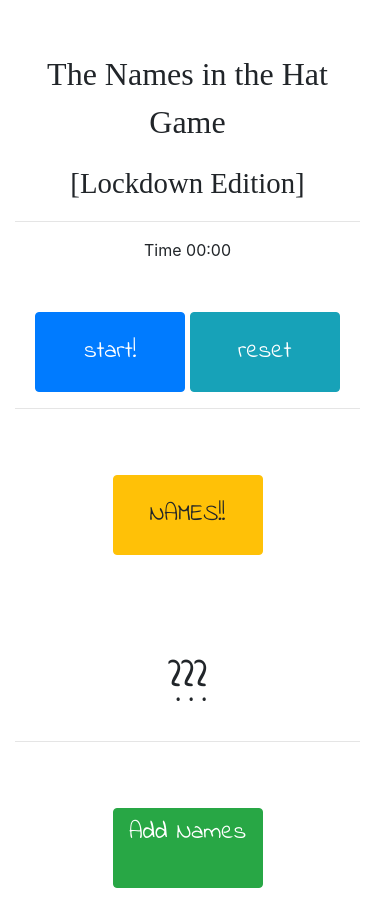
Repository: TaylorD1982/randomizer
Page: index.html
The author's editor kept a record of every edit. The page is drawn from the files as they stood at one moment, then again after the next edit.
The browser window is 375 px wide. The pictures show the whole page.
Some web fonts or font styles are not loaded; a fallback is used. Some web libraries are served in a nearby version.

Above is the page before.
Console error: TypeError: Cannot read properties of null (reading 'addEventListener')

After the next edit:
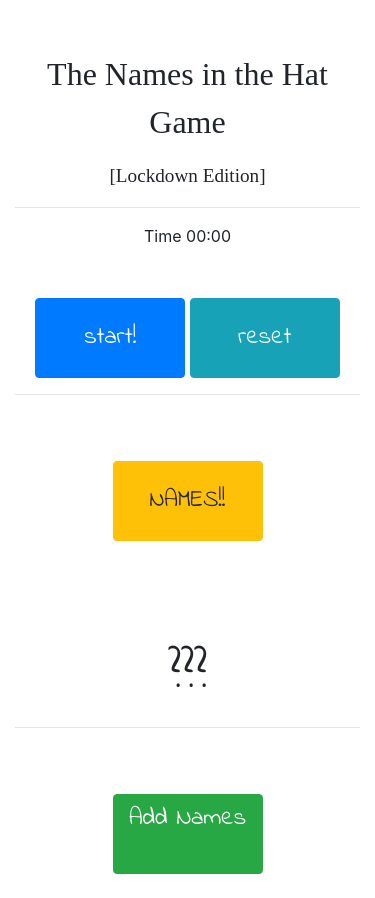
The edit:
--- a/style.css
+++ b/style.css
@@ -40,5 +40,20 @@
 @media only screen and (max-width: 600px) {
 .lock {
     font-family: 'Frijole', cursive;
-    font-size: 1.8em;
+    font-size: 1.2em;
 }}
+
+.post-review {
+    font-size: 0.75em;
+    position: absolute;
+    top: 20px;
+    right: 50px;
+}
+
+@media only screen and (min-device-width: 0px) and (max-device-width: 1100px) {
+    .post-review {
+        top: 15px;
+        left: 8px;
+        padding-bottom: 40px;
+    }
+}
